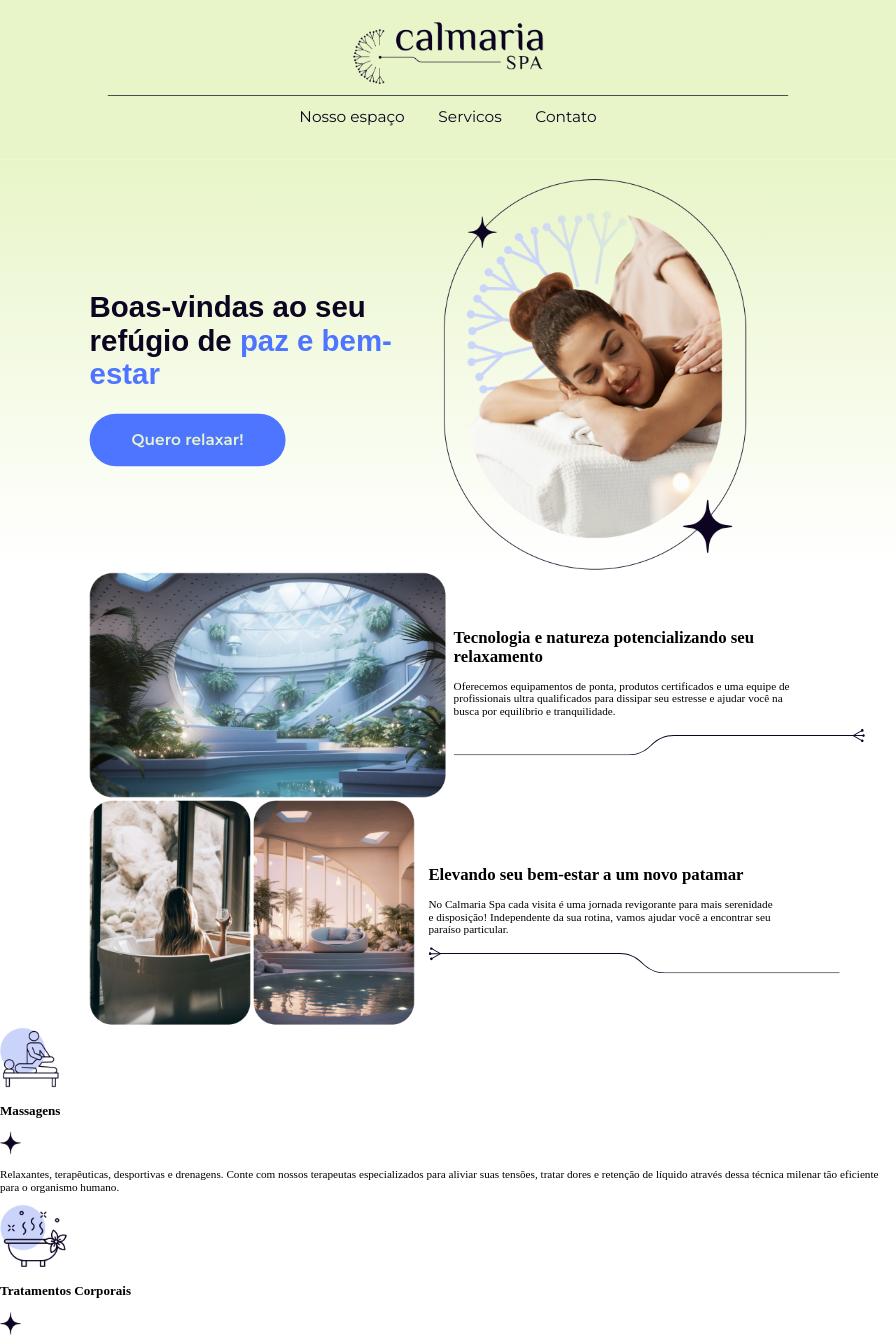
Repository: joaoPraiaJunior/curso-sass
Page: index.html
These files come from the project's save history. The page is drawn as it stood at one moment and after the next save; the edit follows.
The browser window is 1280 px wide. The pictures show the part of the page from y = 0 to 1920 px (the page is 3597 px tall), at 70% of full size.
Some web fonts or font styles are not loaded; a fallback is used. The style sheet was rebuilt from its Sass, Less or Tailwind sources for each picture, by a compiler version that may differ from the author's.

Above is the page before, as saved 2024-07-06 16:56:59.

After the next save:
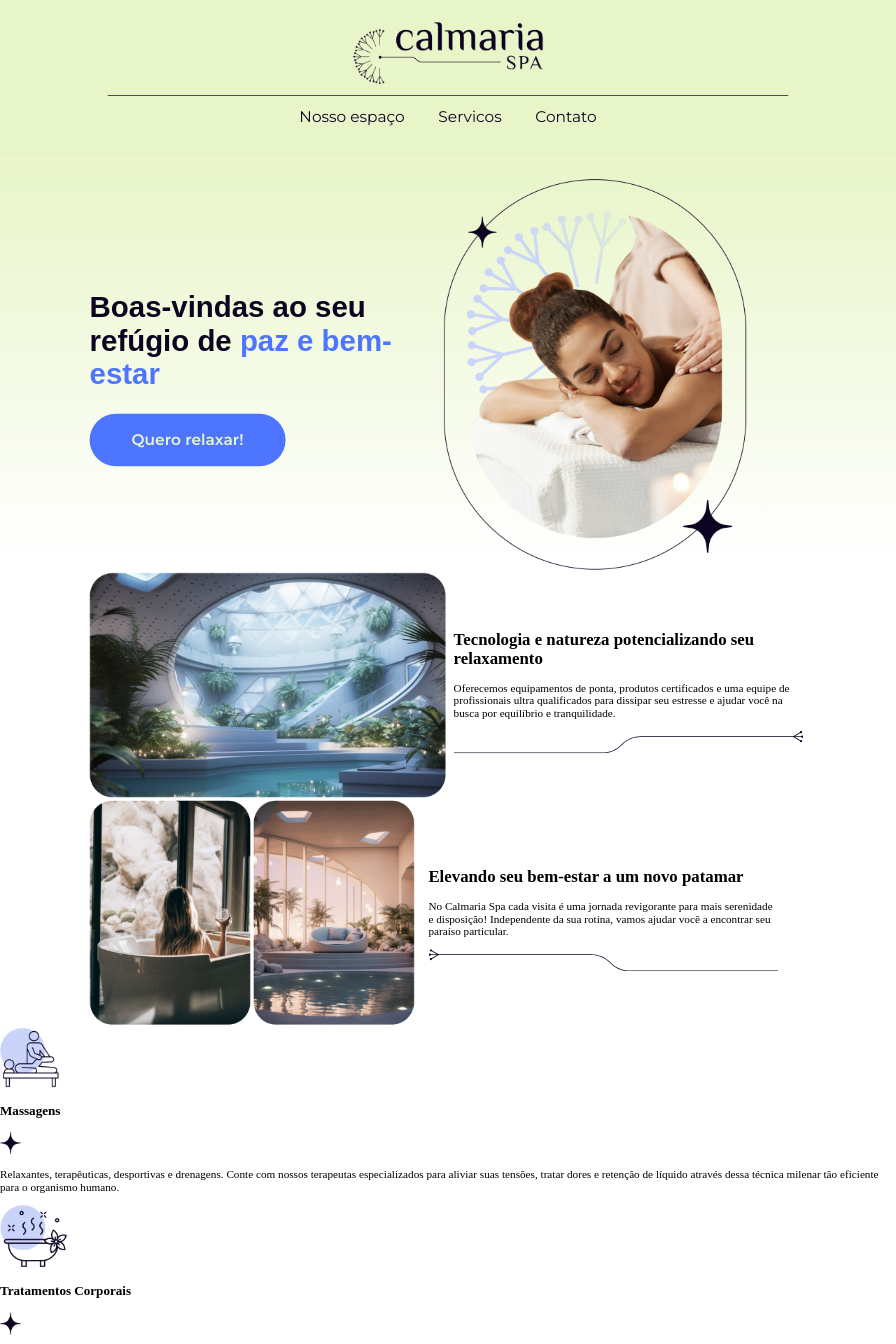
Saved 24 s later.
--- a/styles/components/_nosso-espaco.scss
+++ b/styles/components/_nosso-espaco.scss
@@ -14,6 +14,9 @@
 
         .espaco-textos {
             @extend .imgs-espaco;
+            .separador {
+                width: 100%;
+            }
         }
     }
 }
